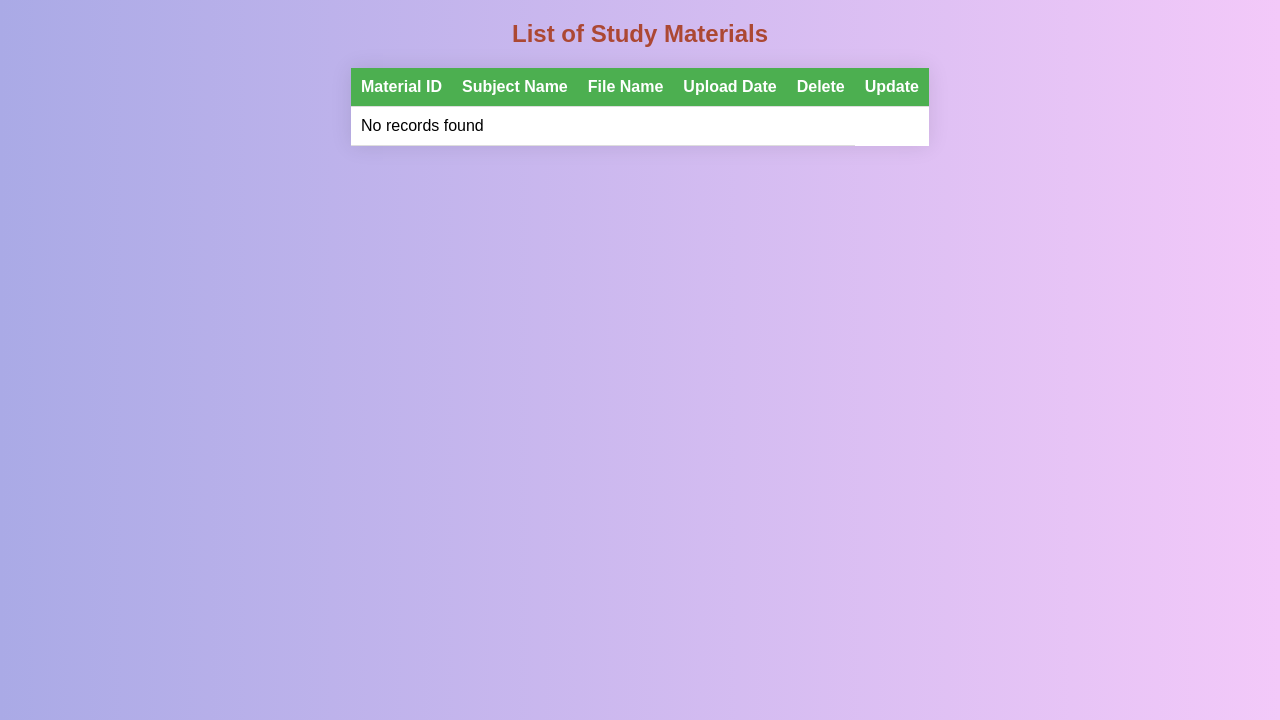
Repository: Acharya-Keerthana/Education
Page: http://localhost/education/third_sem/SPT.php
These files come from the project's save history. The page is drawn as it stood at one moment and after the next save; the edit follows.
The browser window is 1280 px wide. The pictures show the whole page.
The page is run by PHP 8.4 with error messages shown; the project is at /var/www/html/. Queries for data that is not in the repository find no rows.

Above is the page before, as saved 2024-04-16 20:52:45.

### third_sem/SPT.php
<!DOCTYPE html>
<html>
<head>
    <link rel="stylesheet" type="text/css" href="styles.css">
</head>
<body>
    <div class="table-container">
        <h2>List of Study Materials</h2>
        <table>
            <tr>
                <th>Material ID</th>
                <th>Subject Name</th>
                <th>File Name</th>
                <th>Upload Date</th>
                <th>Delete</th>
                <th>Update</th>
            </tr>
            <?php
            require 'database.php';

            $sql = "SELECT sm.material_id, sm.file_name,sm.file_path,sm.upload_date, s.subject_name
                    FROM study_materials sm
                    JOIN subjects s ON sm.subject_id = s.subject_id WHERE s.subject_id=1";

            $result = $conn->query($sql);

            if ($result->num_rows > 0) {
                // Fetch each row and populate the table
                while ($row = $result->fetch_assoc()) {
                    echo "<tr>";
                    echo "<td>" . $row["material_id"] . "</td>";
                    echo "<td>" . $row["subject_name"] . "</td>";
                    echo "<td>" . $row["file_name"] . "</td>";
                    echo "<td>" . $row["upload_date"] . "</td>";
                    echo "<td>" . $row["Update"] . "</td>";
                    echo "<td><a href='http://localhost/education/delete.php?material_id=" . $row['material_id'] . "' onclick=\"return confirm('Are you sure you want to delete this study material?');\">Delete</a></td>";
                    echo "<td><a href='http://localhost/education/updateup.php?material_id=" . $row['material_id'] . "' onclick=\"return confirm('Are you sure you want to Update this study material?');\">Update</a></td>";
                    echo "</tr>";
                }
            } else {
                echo "<tr><td colspan='5'>No records found</td></tr>";
            }
            ?>
        </table>
    </div>
</body>
</html>

### third_sem/database.php
<?php
error_reporting(0);
$servername="localhost";
$username="root";
$password="";
$database="education";

$conn=mysqli_connect($servername,$username,$password,$database);
if(!$conn){
die ("connection error".mysqli_connect_error());
}

### third_sem/styles.css

body {
    font-family: Arial, sans-serif;
    margin: 0;
    padding: 0;
    animation: changeBackgroundColor 20s infinite linear; /* Change background color every 20 seconds */
}

@keyframes changeBackgroundColor {
    0% {
        background-color: rgb(170, 170, 230);
    }
    50% {
        background: linear-gradient(to right, rgb(170, 170, 230), rgb(243, 201, 249)); /* Gradient transition */
    }
    100% {
        background-color: rgb(243, 201, 249);
    }
}

h2 {
    text-align: center;
    margin-top: 20px;
    color: #333;
    animation: changeHeadingColor 8s infinite alternate; /* Change heading color every 8 seconds */
}

@keyframes changeHeadingColor {
    0% {
        color: #333;
    }
    50% {
        color: #ff5733; /* Change to a different color */
    }
    100% {
        color: #333;
    }
}

table {
    width: fit-content;
    margin: 20px auto;
    border-collapse: collapse;
    background-color: #fff;
    box-shadow: 0 0 20px rgba(0, 0, 0, 0.1);
}

th, td {
    padding: 10px;
    text-align: left;
    border-bottom: 1px solid #ddd;
}

th {
    background-color: #4CAF50; /* Bright green for better visibility */
    color: white; /* White text color for contrast */
}

tr:hover {
    background-color: #f5f5f5;
}
/**/

After the next save:
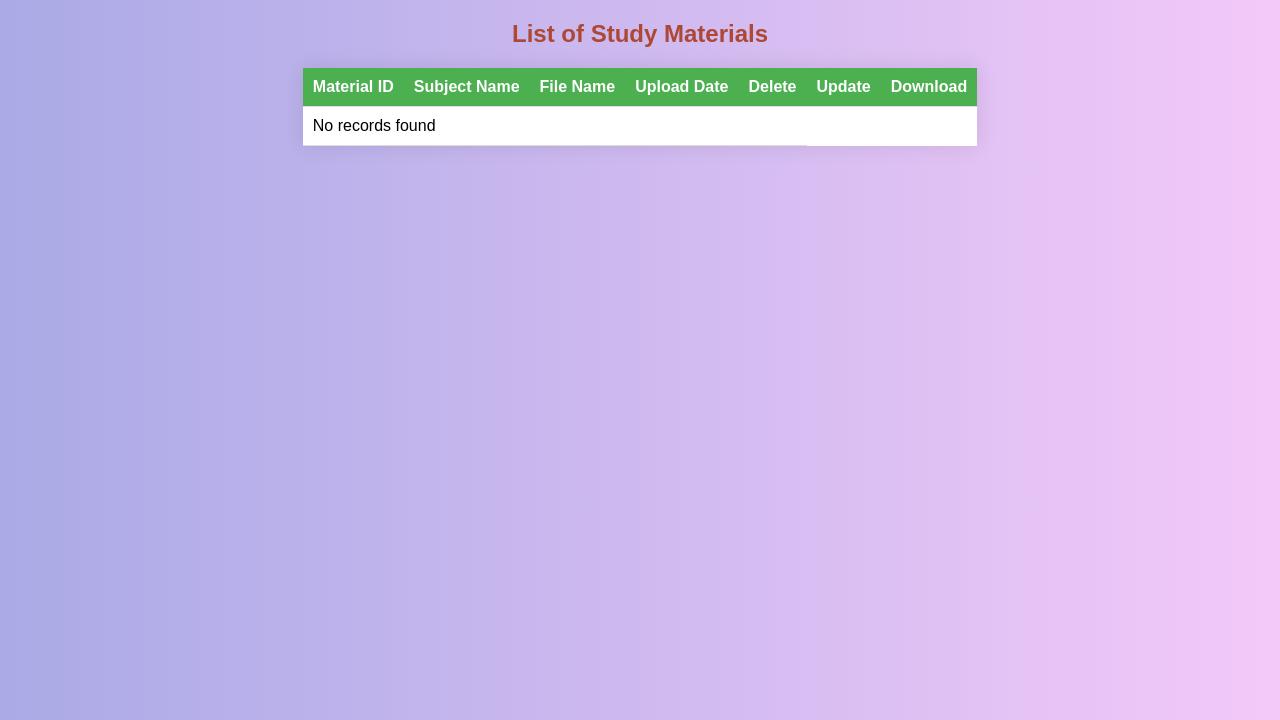
Saved 85 s later.
--- a/third_sem/SPT.php
+++ b/third_sem/SPT.php
@@ -14,6 +14,7 @@
                 <th>Upload Date</th>
                 <th>Delete</th>
                 <th>Update</th>
+                <th>Download</th>
             </tr>
             <?php
             require 'database.php';
@@ -33,8 +34,10 @@
                     echo "<td>" . $row["file_name"] . "</td>";
                     echo "<td>" . $row["upload_date"] . "</td>";
                     echo "<td>" . $row["Update"] . "</td>";
+                    echo "<td>" . $row["Download"] . "</td>";
                     echo "<td><a href='http://localhost/education/delete.php?material_id=" . $row['material_id'] . "' onclick=\"return confirm('Are you sure you want to delete this study material?');\">Delete</a></td>";
-                    echo "<td><a href='http://localhost/education/updateup.php?material_id=" . $row['material_id'] . "' onclick=\"return confirm('Are you sure you want to Update this study material?');\">Update</a></td>";
+                    echo "<td><a href='http://localhost/education/updateup.php?material_id=" . $row['material_id'] . "' onclick=\"return confirm('Are you sure you want to update this study material?');\">Update</a></td>";
+                    echo "<td><a href='http://localhost/education/download.php?material_id=" . $row['material_id'] . "' onclick=\"return confirm('Are you sure you want to Download this study material?');\">Download</a></td>";
                     echo "</tr>";
                 }
             } else {
